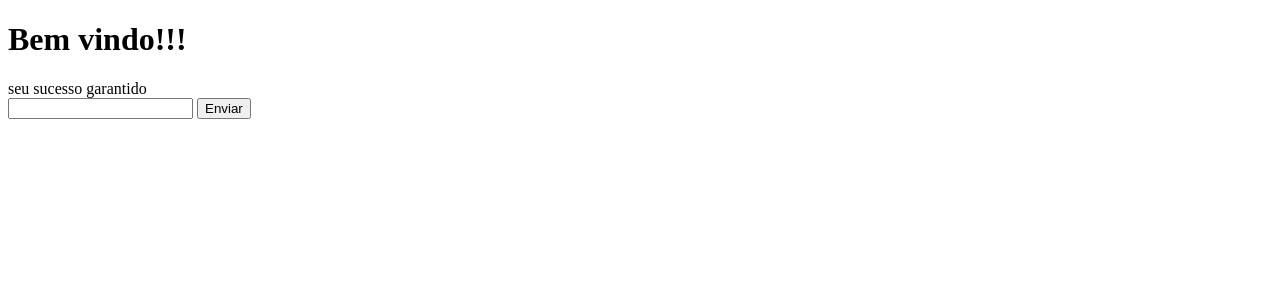
Repository: ClaytonEduard/cursojdev
Page: http://localhost/curso-jsp/
These files come from the project's save history. The page is drawn as it stood at one moment and after the next save; the edit follows.
The browser window is 1280 px wide. The pictures show the whole page.
The page is served by Tomcat 9.

Above is the page before, as saved 2020-06-17 15:22:36.

After the next save:
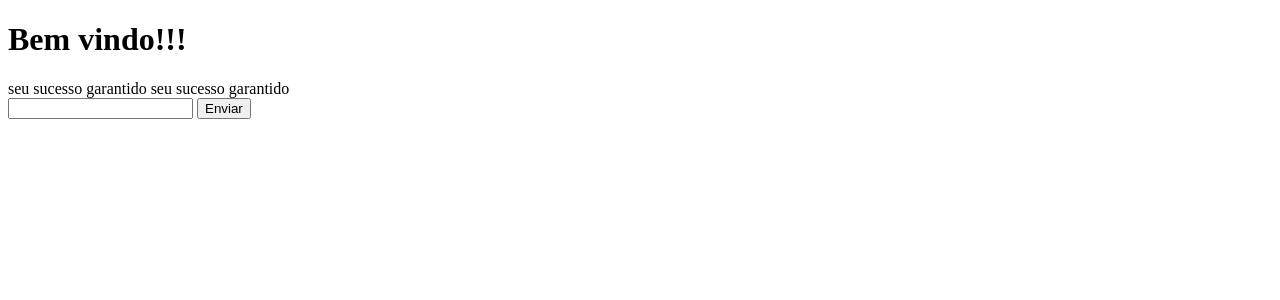
Saved 73 s later.
--- a/curso-jsp/WebContent/index.jsp
+++ b/curso-jsp/WebContent/index.jsp
@@ -11,6 +11,9 @@
  <h1>Bem vindo!!!</h1>
 
  <% out.print("seu sucesso garantido"); %>
+
+ <%= "seu sucesso garantido"%>
+
  <form action="receber-nome.jsp">
 
  <input type="text" id="nome" name="nome"></input>

After the 3 saves that followed:
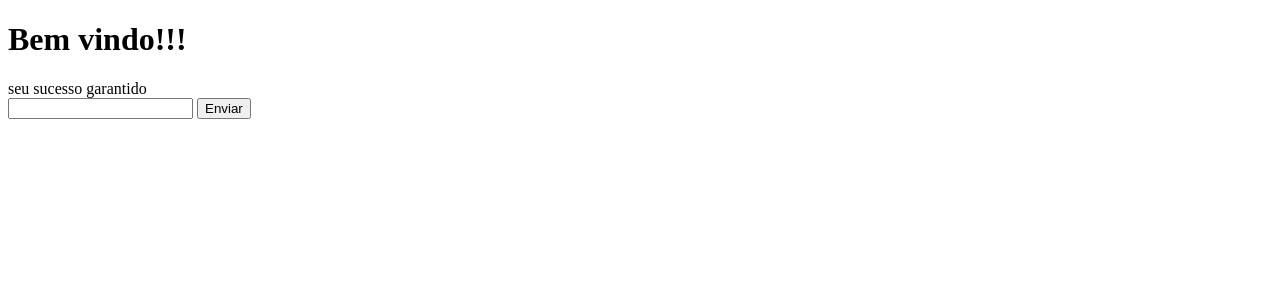
The 3 saves are shown as one change because 2 left the picture as it was.
The last was saved 73 s later.
--- a/curso-jsp/WebContent/index.jsp
+++ b/curso-jsp/WebContent/index.jsp
@@ -12,7 +12,7 @@
 
  <% out.print("seu sucesso garantido"); %>
 
- <%= "seu sucesso garantido"%>
+ <%= "" %>
 
  <form action="receber-nome.jsp">
 
